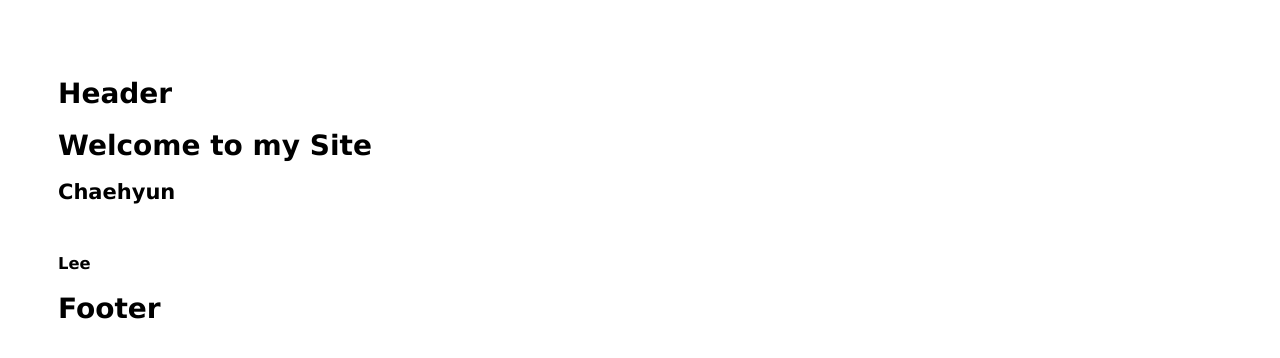
Repository: AndyLeeJP/COMP229Assignment2
Page: http://localhost/
The author's editor kept a copy of each file at every save. The page is drawn from the files as they stood at one save, then again after the next save.
The browser window is 1280 px wide. The pictures show the whole page.
The page is served by the project's Node server (server.js).

Above is the page before, as saved 2021-06-02 21:44:50.

### views/index.ejs
<!DOCTYPE html>
<html>
  <head>
    <title><%= title %></title>
    <link rel='stylesheet' href='/stylesheets/style.css' />
  </head>
  <body>
    <header>
      <%- include("components/header.ejs"); %>
    </header>

    <main>
      <%- include("content/" + page + ".ejs"); %>
    </main>

    <footer>
      <%- include("components/footer.ejs"); %>
    </footer>
  </body>
</html>

### views/content/home.ejs
<h1>Welcome to my Site</h1>
<h2>Chaehyun</h2><br>
<h3>Lee</h3>

### server.js
/**
 * Module dependencies.
 */

var app = require('./app');
var debug = require('debug')('comp229assignment1:server');
var http = require('http');

/**
 * Get port from environment and store in Express.
 */

var port = normalizePort(process.env.PORT || '3000');
app.set('port', port);

/**
 * Create HTTP server.
 */

var server = http.createServer(app);

/**
 * Listen on provided port, on all network interfaces.
 */

server.listen(port);
server.on('error', onError);
server.on('listening', onListening);

/**
 * Normalize a port into a number, string, or false.
 */

function normalizePort(val) {
  var port = parseInt(val, 10);

  if (isNaN(port)) {
    // named pipe
    return val;
  }

  if (port >= 0) {
    // port number
    return port;
  }

  return false;
}

/**
 * Event listener for HTTP server "error" event.
 */

function onError(error) {
  if (error.syscall !== 'listen') {
    throw error;
  }

  var bind = typeof port === 'string'
    ? 'Pipe ' + port
    : 'Port ' + port;

  // handle specific listen errors with friendly messages
  switch (error.code) {
    case 'EACCES':
      console.error(bind + ' requires elevated privileges');
      process.exit(1);
      break;
    case 'EADDRINUSE':
      console.error(bind + ' is already in use');
      process.exit(1);
      break;
    default:
      throw error;
  }
}

/**
 * Event listener for HTTP server "listening" event.
 */

function onListening() {
  var addr = server.address();
  var bind = typeof addr === 'string'
    ? 'pipe ' + addr
    : 'port ' + addr.port;
  debug('Listening on ' + bind);
}

### routes/index.js
var express = require('express');
var router = express.Router();

/* GET home page. */
router.get('/', function(req, res, next) {
  res.render('index', { title: 'Express', page: 'home' });
});

router.get('/about', function(req, res, next) {
  res.render('index', { title: 'About Me', page: 'about' });
});

module.exports = router;

### app.js
var createError = require('http-errors');
var express = require('express');
var path = require('path');
var cookieParser = require('cookie-parser');
var logger = require('morgan');

var indexRouter = require('./routes/index');

var app = express();

// view engine setup
app.set('views', path.join(__dirname, 'views'));
app.set('view engine', 'ejs');

app.use(logger('dev'));
app.use(express.json());
app.use(express.urlencoded({ extended: false }));
app.use(cookieParser());
app.use(express.static(path.join(__dirname, 'public')));

app.use('/', indexRouter);

// catch 404 and forward to error handler
app.use(function(req, res, next) {
  next(createError(404));
});

// error handler
app.use(function(err, req, res, next) {
  // set locals, only providing error in development
  res.locals.message = err.message;
  res.locals.error = req.app.get('env') === 'development' ? err : {};

  // render the error page
  res.status(err.status || 500);
  res.render('error');
});

module.exports = app;

Loaded but not shown: views/components/header.ejs (common file); views/components/footer.ejs (common file); public/stylesheets/style.css (common file)

After the next save:
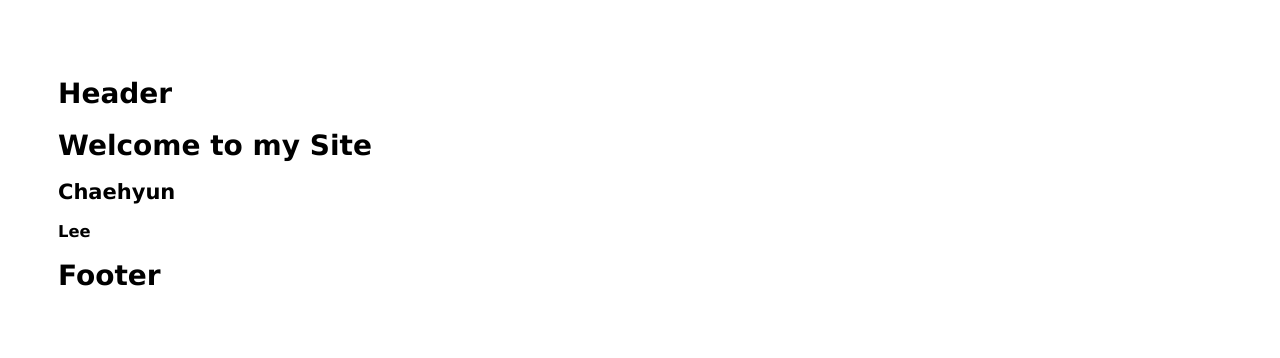
Saved 33 s later.
--- a/views/content/home.ejs
+++ b/views/content/home.ejs
@@ -1,3 +1,3 @@
 <h1>Welcome to my Site</h1>
-<h2>Chaehyun</h2><br>
+<h2>Chaehyun</h2>
 <h3>Lee</h3>
